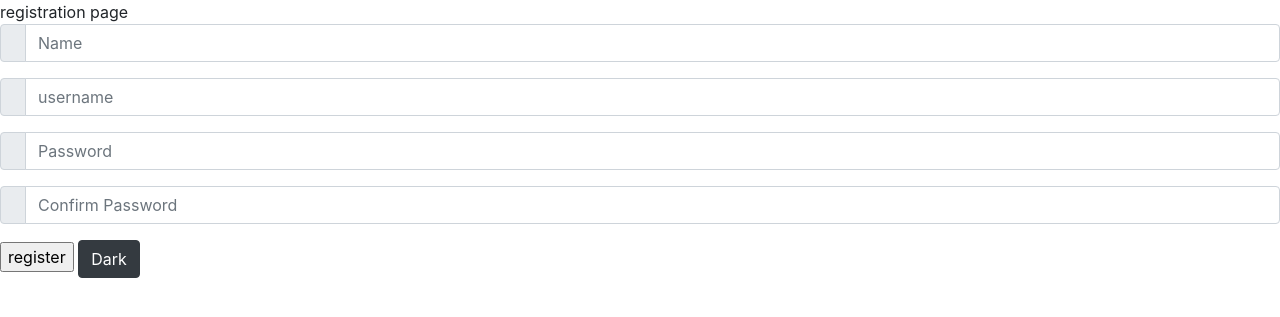
Repository: vishnushelke/LoginPage
Page: http://localhost/MyLoginPage/register.jsp
An editor plug-in stored every save of this project. The page is shown before and after the next save, followed by the edit.
The browser window is 1280 px wide. The pictures show the whole page.
The page is served by Tomcat 9.

Above is the page before, as saved 2019-10-10 06:11:31.

After the next save:
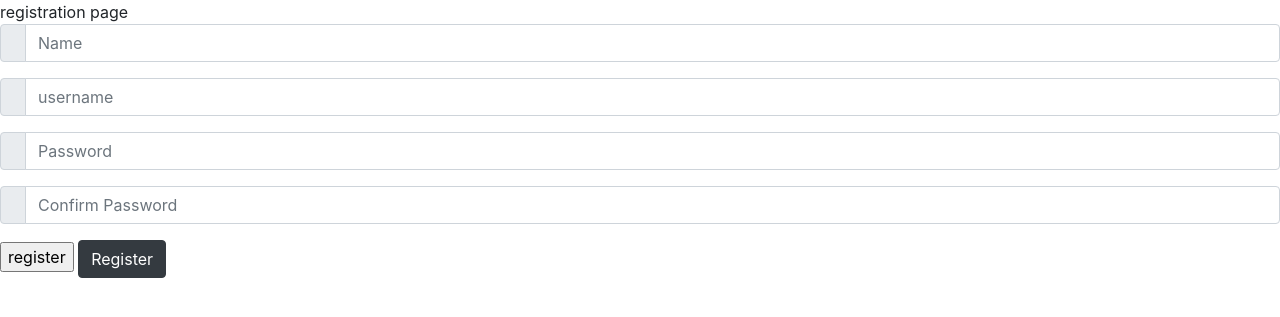
Saved 14 s later.
--- a/MyLoginPage/WebContent/register.jsp
+++ b/MyLoginPage/WebContent/register.jsp
@@ -45,7 +45,7 @@
   <input type="password" class="form-control" placeholder="Confirm Password" name="confirm_password" aria-label="Confirm Password" aria-describedby="basic-addon1">
 </div>
 <input type="submit" value="register">
-<button type="submit" value="register" class="btn btn-dark">Dark</button>
+<button type="submit" class="btn btn-dark">Register</button>
 </form>
 
 </body>
